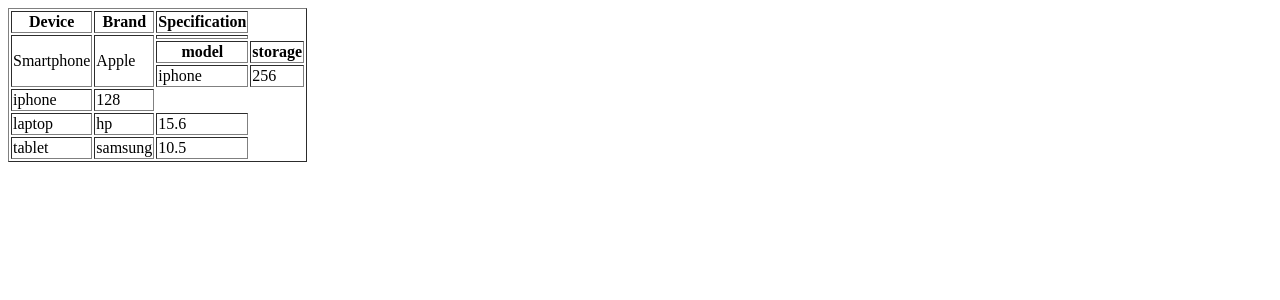
Repository: Rohit-sharma9838/myself
Page: Qspider/table.html
An editor plug-in stored every save of this project. The page is shown before and after the next save, followed by the edit.
The browser window is 1280 px wide. The pictures show the whole page.

Above is the page before, as saved 2025-08-16 22:49:41.

After the next save:
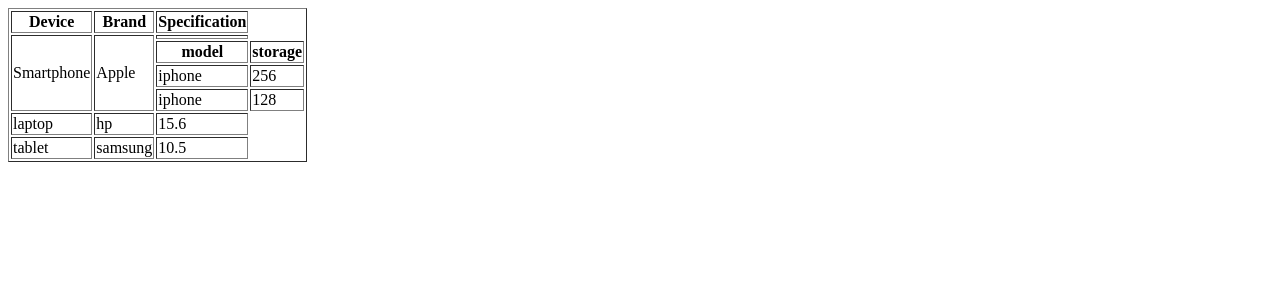
Saved 13 s later.
--- a/Qspider/table.html
+++ b/Qspider/table.html
@@ -13,8 +13,8 @@
             <th>Specification
         </tr>
         <tr>
-            <td rowspan="3">Smartphone</td>
-            <td rowspan="3">Apple</td>
+            <td rowspan="4">Smartphone</td>
+            <td rowspan="4">Apple</td>
             <td>
                 <tr>
                     <th>model</th>
